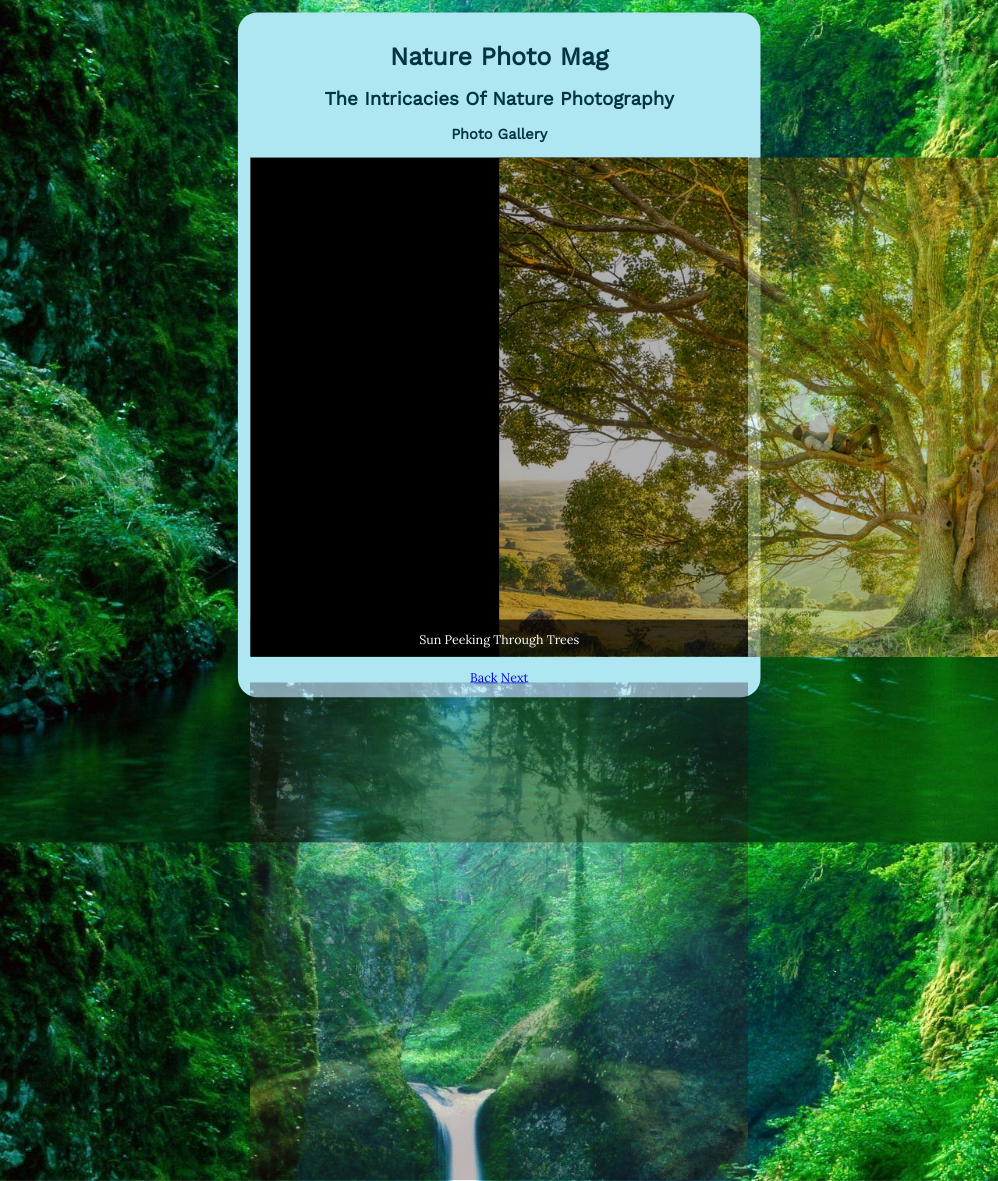
Repository: alexmaddux99/Image-Gallery
Page: index.html
An editor plug-in stored every save of this project. The page is shown before and after the next save, followed by the edit.
The browser window is 1280 px wide. The pictures show the whole page, at 78% of full size.
Backgrounds fixed to the window are drawn as part of the page.

Above is the page before, as saved 2022-03-10 11:35:09.

After the next save:
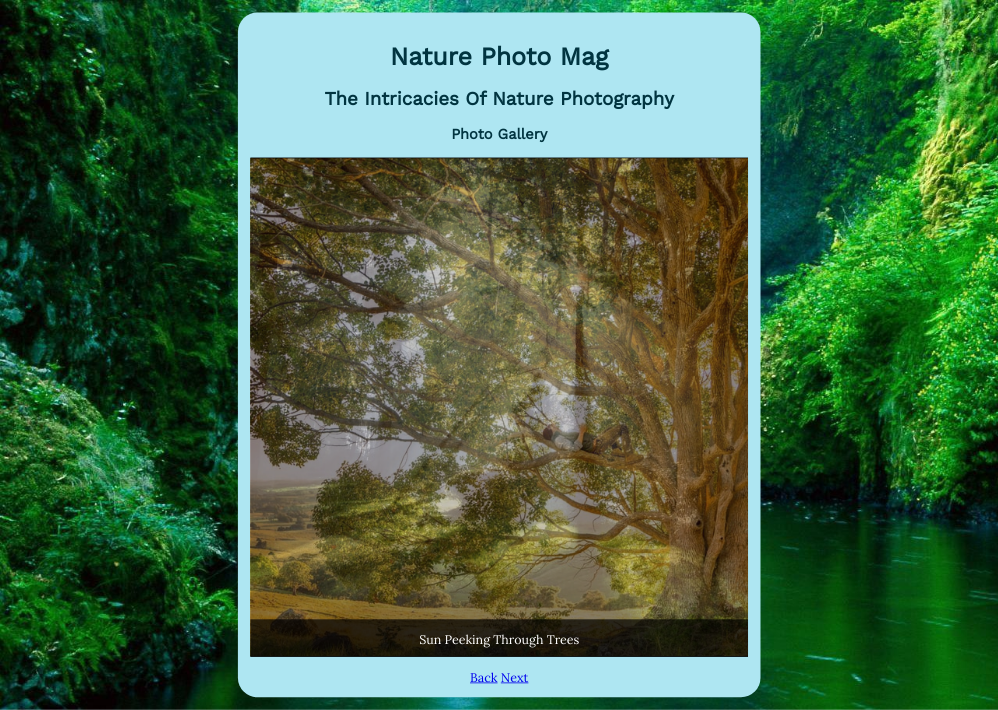
Saved 24 s later.
--- a/index.html
+++ b/index.html
@@ -18,10 +18,7 @@
   <h3>Photo Gallery</h3>
 
   <figure class="frame">
-
-    <div class="slide current">
-    <img src="images/1.jpg" alt="Man Sleeping In Tree">
-    </div>
+    <img class="slide current" src="images/1.jpg" alt="Man Sleeping In Tree">
     <img class="slide" src="images/2.jpg" alt="Sun Peeking Through Trees">
     <img class="slide" src="images/3.jpg" alt="Couple Looking At Mountain Overlooking Lake">
     <img class="slide" src="images/4.jpg" alt="Northern Lights">
